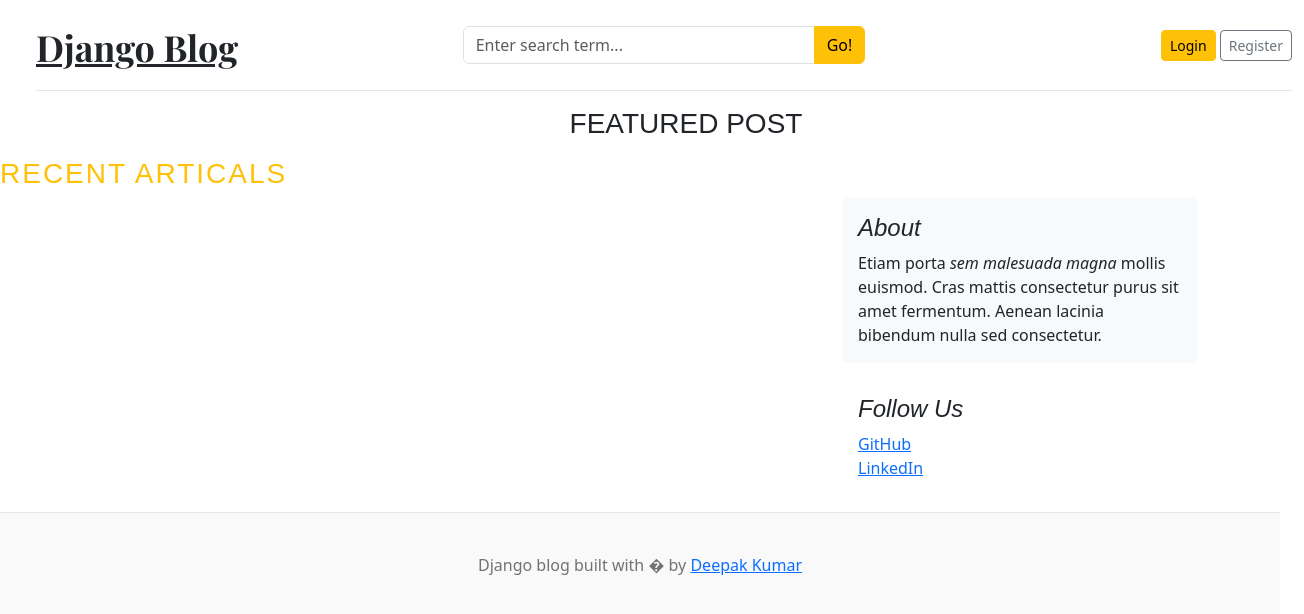
Repository: vijayholve/Blog-Website-Django
Page: templates/home.html
An editor plug-in stored every save of this project. The page is shown before and after the next save, followed by the edit.
The browser window is 1280 px wide. The page is 1304 px wide, so the pictures cover 1304 px, including what lies to the right of the window. The pictures show the whole page.
Some web fonts or font styles are not loaded; a fallback is used. The template is drawn by Django 5.2. The application's start-up code is not run. The template is opened directly, without the code that normally fills it, so the values that code supplies are empty.

Above is the page before, as saved 2025-01-29 16:15:42.

After the next save:
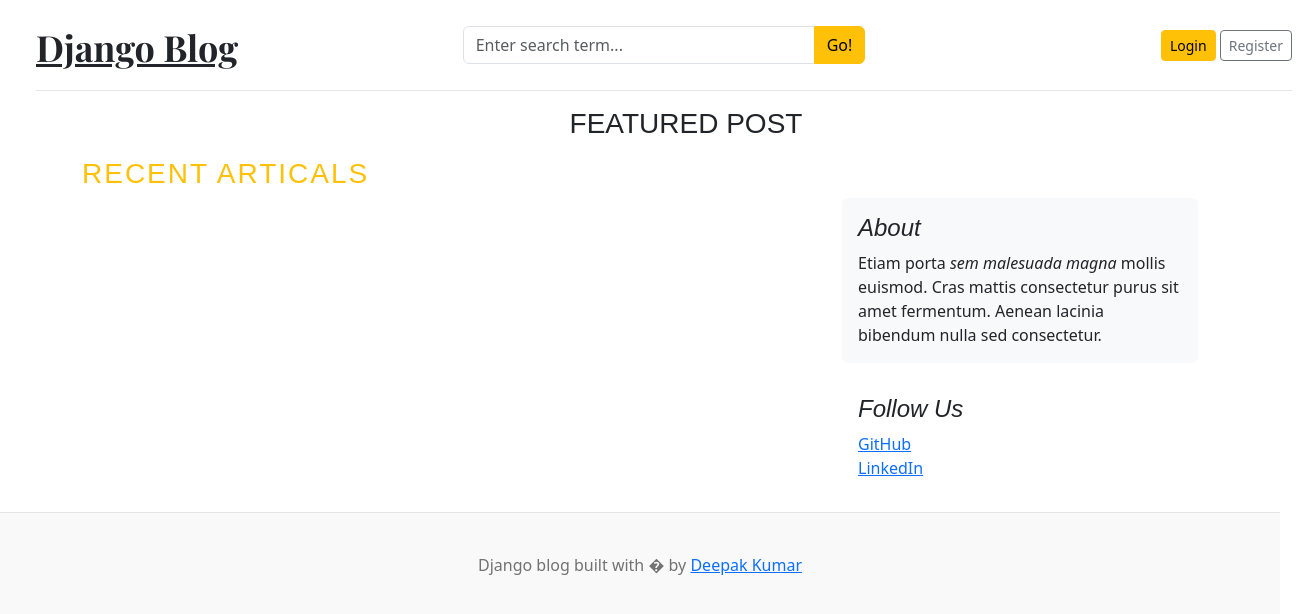
Saved 13 s later.
--- a/templates/home.html
+++ b/templates/home.html
@@ -40,8 +40,8 @@
 
 
   <!-- Recent artical -->
-  <h3 class="text-uppercase text-warning" style="letter-spacing: 2px;">Recent Articals</h3>
   <main role="main" class="container ">
+    <h3 class="text-uppercase text-warning" style="letter-spacing: 2px;">Recent Articals</h3>
     <div class="row">
       <div class="col-md-8 blog-main">
         {% for post in posts %}
